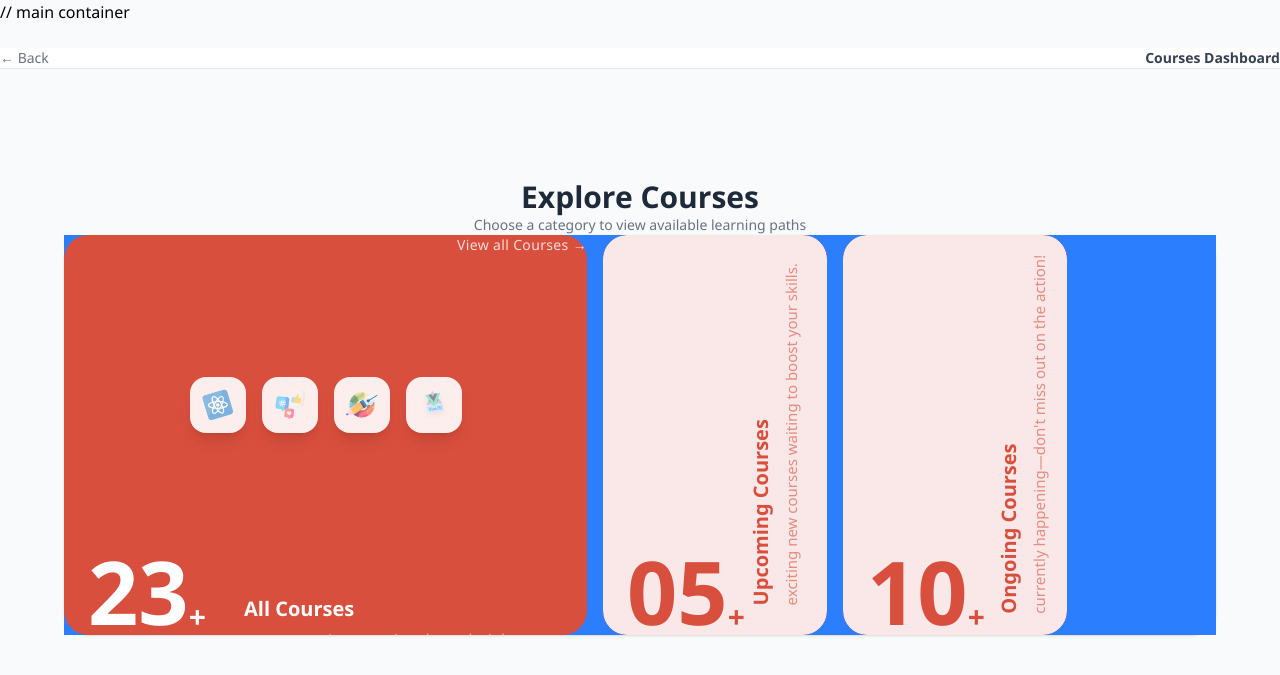
Repository: RahulRajKhadka/nextjs-dashboard-app
Page: /task2
These files come from the project's save history. The page is drawn as it stood at one moment and after the next save; the edit follows.
The browser window is 1280 px wide. The pictures show the whole page.
The project was rebuilt for these pictures with package versions that can differ from the ones it lists, and the page was loaded fresh each time. The framework's server and built-in components were replaced by stand-ins that run in the browser. Also part of the build but not shown: next.config.ts.

Above is the page before, as saved 2026-04-10 16:06:32.

After the next save:
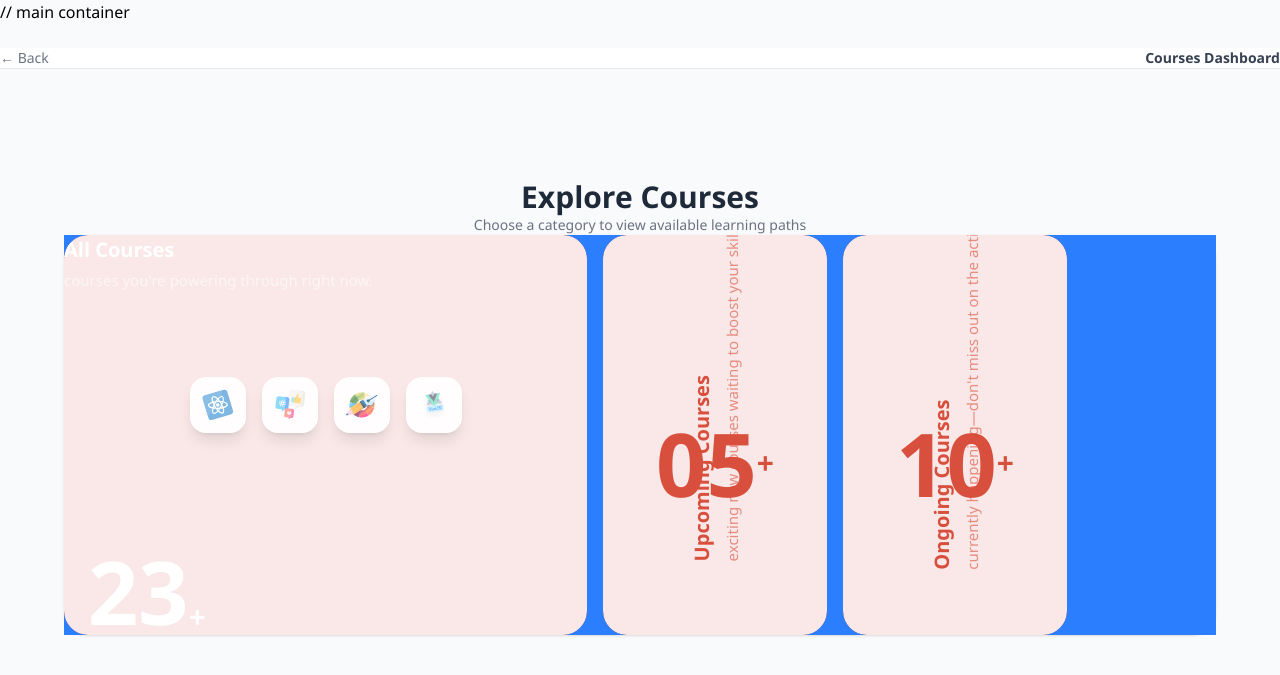
Saved 4 min 33 s later.
--- a/src/components/task2/CourseCard.tsx
+++ b/src/components/task2/CourseCard.tsx
@@ -31,28 +31,22 @@ export default function CourseCard({
     if (!numberRef.current || !collapsedLabelRef.current) return;
 
     if (isExpanded) {
-      // Create a timeline for smooth coordination
       const tl = gsap.timeline();
 
-      // Show expanded view
       gsap.set(expandedViewRef.current, { display: "grid" });
 
-      // Measure label and number positions
       const labelRect = collapsedLabelRef.current.getBoundingClientRect();
       const numberRect = numberRef.current.getBoundingClientRect();
 
-      // Calculate target position (beside number with 16px gap)
       const targetX = numberRect.right + 16 - (labelRect.left + labelRect.width / 2);
       const targetY = numberRect.bottom - labelRect.height / 2 - labelRect.top - labelRect.height / 2;
 
-      // 1. Circle wipe animation
       tl.to(circleRef.current, {
         clipPath: "circle(0% at 0% 100%)",
         duration: 1,
         ease: "power3.inOut",
       }, 0);
 
-      // 2. Label animation (rotate + move) - starts at same time
       tl.fromTo(collapsedLabelRef.current,
         {
           rotation: -90,
@@ -62,21 +56,19 @@ export default function CourseCard({
         },
         {
           rotation: 0,
-          x: 180,
-          y: 188,
+          x: targetX,
+          y: targetY,
           color: "#ffffff",
           duration: 0.8,
           ease: "back.out(0.3)",
         }, 0
       );
 
-      // 3. Number color change
       tl.to(numberRef.current, {
         color: "#ffffff",
         duration: 0.4,
       }, 0.2);
 
-      // 4. Top bar animation
       const topbarFromX = direction === "left" ? 60 : -60;
       tl.fromTo(topbarRef.current,
         { opacity: 0, y: -15, x: topbarFromX },
@@ -89,7 +81,6 @@ export default function CourseCard({
         }, 0.3
       );
 
-      // 5. Icons animation (staggered)
       const iconsFromX = direction === "left" ? 120 : -120;
       gsap.set(iconsRef.current, { x: iconsFromX, opacity: 0 });
       iconsRef.current.forEach((icon, i) => {
@@ -102,17 +93,14 @@ export default function CourseCard({
       });
 
     } else {
-      // COLLAPSE ANIMATIONS - Smooth reverse
       const tl = gsap.timeline();
 
-      // 1. Circle expands back
       tl.to(circleRef.current, {
         clipPath: "circle(130% at 0% 80%)",
         duration: 0.8,
         ease: "power3.inOut",
       }, 0);
 
-      // 2. Label returns to collapsed position
       tl.to(collapsedLabelRef.current, {
         rotation: -90,
         x: 0,
@@ -122,18 +110,15 @@ export default function CourseCard({
         ease: "power2.inOut",
       }, 0);
 
-      // 3. Number color returns
       tl.to(numberRef.current, {
         color: course.textColor,
         duration: 0.3,
       }, 0.1);
 
-      // 4. Hide expanded view
       tl.set(expandedViewRef.current, {
         display: "none"
       }, 0.3);
 
-      // 5. Reset icons and topbar
       tl.set(iconsRef.current, {
         clearProps: "x,opacity"
       }, 0.4);
@@ -160,42 +145,84 @@ export default function CourseCard({
         }}
       />
 
-      {/* NUMBER — always bottom-left */}
-      <div className="absolute bottom-0 left-6 z-[3] flex items-end p-4 pointer-events-none">
-        <div ref={numberRef} className="flex items-end" style={{ color: course.textColor }}>
-          <span
-            className="font-black leading-none"
+      {/* ========== COLLAPSED STATE: Flex Column with Label (rotated) + Number ========== */}
+      {!isExpanded && (
+        <div className="absolute inset-0 z-[3] flex flex-col items-center justify-center pointer-events-none">
+          {/* LABEL - rotated -90°, centered in column */}
+          <div
+            ref={collapsedLabelRef}
+            className="flex flex-col gap-1 mb-8"
             style={{
-              fontSize: "clamp(3.5rem,7vw,5.5rem)",
-              color: "inherit",
+              transform: "rotate(-90deg)",
+              transformOrigin: "center center",
+              color: course.textColor
             }}
           >
-            {String(course.count).padStart(2, "0")}
-          </span>
-          <span className="font-black text-3xl mb-2 ml-1" style={{ color: "inherit" }}>
-            +
-          </span>
+            <span className="font-bold text-[20px] whitespace-nowrap" style={{ color: "inherit" }}>
+              {course.label}
+            </span>
+            <p className="text-[15px] opacity-60 whitespace-nowrap" style={{ color: "inherit" }}>
+              {course.sublabel}
+            </p>
+          </div>
+
+          {/* NUMBER - below label, centered in column */}
+          <div
+            ref={numberRef}
+            className="flex items-center justify-center"
+            style={{ color: course.textColor }}
+          >
+            <span
+              className="font-black leading-none"
+              style={{
+                fontSize: "clamp(3.5rem,7vw,5.5rem)",
+                color: "inherit",
+              }}
+            >
+              {String(course.count).padStart(2, "0")}
+            </span>
+            <span className="font-black text-3xl mb-2 ml-1" style={{ color: "inherit" }}>
+              +
+            </span>
+          </div>
         </div>
-      </div>
-
-      {/* SINGLE LABEL — starts centered, rotates and moves on expand */}
-      <div className="absolute  inset-0 z-[4]  flex items-center  pointer-events-none">
-        <div
-          ref={collapsedLabelRef}
-          className="flex flex-col gap-1"
-          style={{
-            transform: "rotate(-90deg)",
-            color: course.textColor,
-          }}
-        >
-          <span className="font-bold text-[20px] whitespace-nowrap" style={{ color: "inherit" }}>
-            {course.label}
-          </span>
-          <p className="text-[15px] opacity-60 whitespace-nowrap" style={{ color: "inherit" }}>
-            {course.sublabel}
-          </p>
-        </div>
-      </div>
+      )}
+
+      {/* ========== EXPANDED STATE: Number at bottom-left, Label animates ========== */}
+      {isExpanded && (
+        <>
+          {/* Number - bottom-left position during expanded state */}
+          <div className="absolute bottom-0 left-6 z-[3] flex items-end p-4 pointer-events-none">
+            <div className="flex items-end" style={{ color: "#ffffff" }}>
+              <span
+                className="font-black leading-none"
+                style={{
+                  fontSize: "clamp(3.5rem,7vw,5.5rem)",
+                }}
+              >
+                {String(course.count).padStart(2, "0")}
+              </span>
+              <span className="font-black text-3xl mb-2 ml-1">
+                +
+              </span>
+            </div>
+          </div>
+
+          {/* Label - will be animated by GSAP */}
+          <div
+            ref={collapsedLabelRef}
+            className="absolute z-[4] flex flex-col gap-1 pointer-events-none"
+            style={{ color: "#ffffff" }}
+          >
+            <span className="font-bold text-[20px] whitespace-nowrap">
+              {course.label}
+            </span>
+            <p className="text-[15px] opacity-60 whitespace-nowrap">
+              {course.sublabel}
+            </p>
+          </div>
+        </>
+      )}
 
       {/* EXPANDED VIEW — topbar + icons only */}
       <div
@@ -206,14 +233,12 @@ export default function CourseCard({
           gridTemplateRows: "auto 1fr auto",
         }}
       >
-        {/* Row 1: topbar */}
         <div ref={topbarRef} className="flex justify-end mt-40 opacity-0">
           <span className="text-white/80 text-sm font-medium tracking-wide">
             View all Courses →
           </span>
         </div>
 
-        {/* Row 2: icons */}
         <div className="flex gap-4 items-center justify-center">
           {course.icons?.map((iconPath, i) => (
             <span
@@ -226,7 +251,6 @@ export default function CourseCard({
           ))}
         </div>
 
-        {/* Row 3: empty spacer */}
         <div className="h-20" />
       </div>
     </div>
